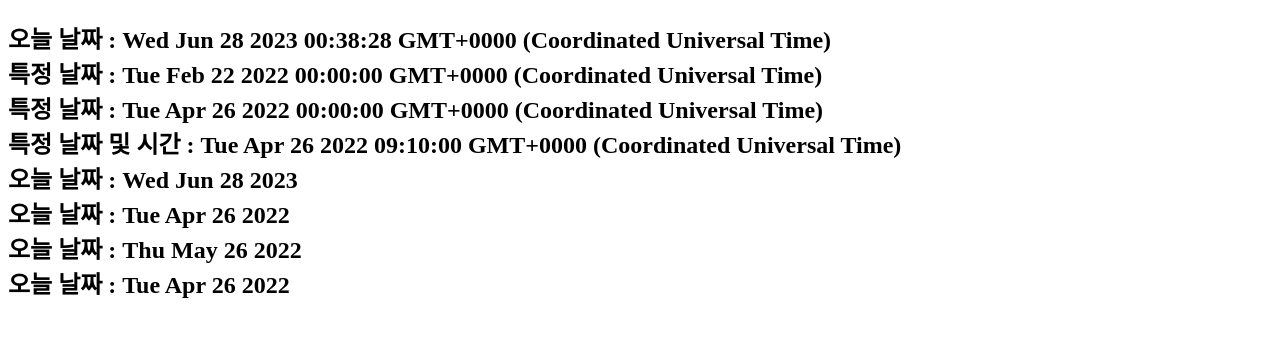
Repository: shinsil0601/webstudy
Page: 03_JavaScript/src/main/webapp/day03/ex02_Date.html
The author's editor kept a copy of each file at every save. The page is drawn from the files as they stood at one save, then again after the next save.
The browser window is 1280 px wide. The pictures show the whole page.

Above is the page before, as saved 2023-06-29 02:05:26.

### 03_JavaScript/src/main/webapp/day03/ex02_Date.html
<!DOCTYPE html>
<html>
<head>
<meta charset="UTF-8">
<title>Date 객체 : 내장 객체</title>
<script type="text/javascript">
	document.write("<h2>");
	document.write("오늘 날짜 : "+ new Date()+ "<br>");
	document.write("특정 날짜 : "+ new Date("2022-02-22")+ "<br>");

	// 월을 -1을 해야한다.(0~11)월의 인덱스 0부터 시작
	document.write("특정 날짜 : "+ new Date(2022,04-1,26)+ "<br>");
	document.write("특정 날짜 및 시간 : "+ new Date(2022,04-1,26,09,10)+ "<br>");
	document.write("</hr>");

	document.write("오늘 날짜 : "+ new Date().toDateString()+ "<br>");
	document.write("오늘 날짜 : "+ new Date("2022,04,26").toDateString()+ "<br>");
	document.write("오늘 날짜 : "+ new Date(2022,04,26).toDateString()+ "<br>");
	document.write("오늘 날짜 : "+ new Date(2022,04-1,26,09,10).toDateString()+ "<br>");

	document.write("</h2>");
</script>
</head>
<body>

</body>
</html>

After the next save:
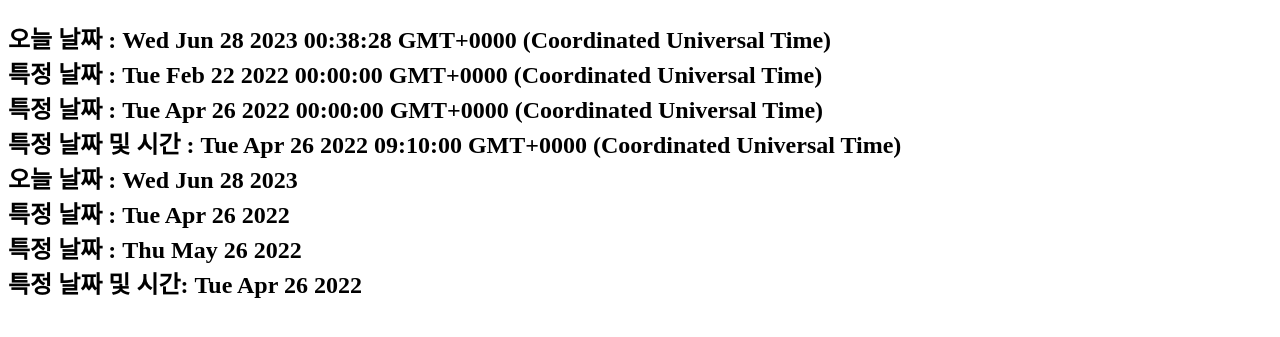
Saved 32 s later.
--- a/03_JavaScript/src/main/webapp/day03/ex02_Date.html
+++ b/03_JavaScript/src/main/webapp/day03/ex02_Date.html
@@ -13,10 +13,11 @@
 	document.write("특정 날짜 및 시간 : "+ new Date(2022,04-1,26,09,10)+ "<br>");
 	document.write("</hr>");
 
+	// .toDateString()는 보기 쉬운 날짜 형식으로 변경
 	document.write("오늘 날짜 : "+ new Date().toDateString()+ "<br>");
-	document.write("오늘 날짜 : "+ new Date("2022,04,26").toDateString()+ "<br>");
-	document.write("오늘 날짜 : "+ new Date(2022,04,26).toDateString()+ "<br>");
-	document.write("오늘 날짜 : "+ new Date(2022,04-1,26,09,10).toDateString()+ "<br>");
+	document.write("특정 날짜 : "+ new Date("2022,04,26").toDateString()+ "<br>");
+	document.write("특정 날짜 : "+ new Date(2022,04,26).toDateString()+ "<br>");
+	document.write("특정 날짜 및 시간: "+ new Date(2022,04-1,26,09,10).toDateString()+ "<br>");
 
 	document.write("</h2>");
 </script>
